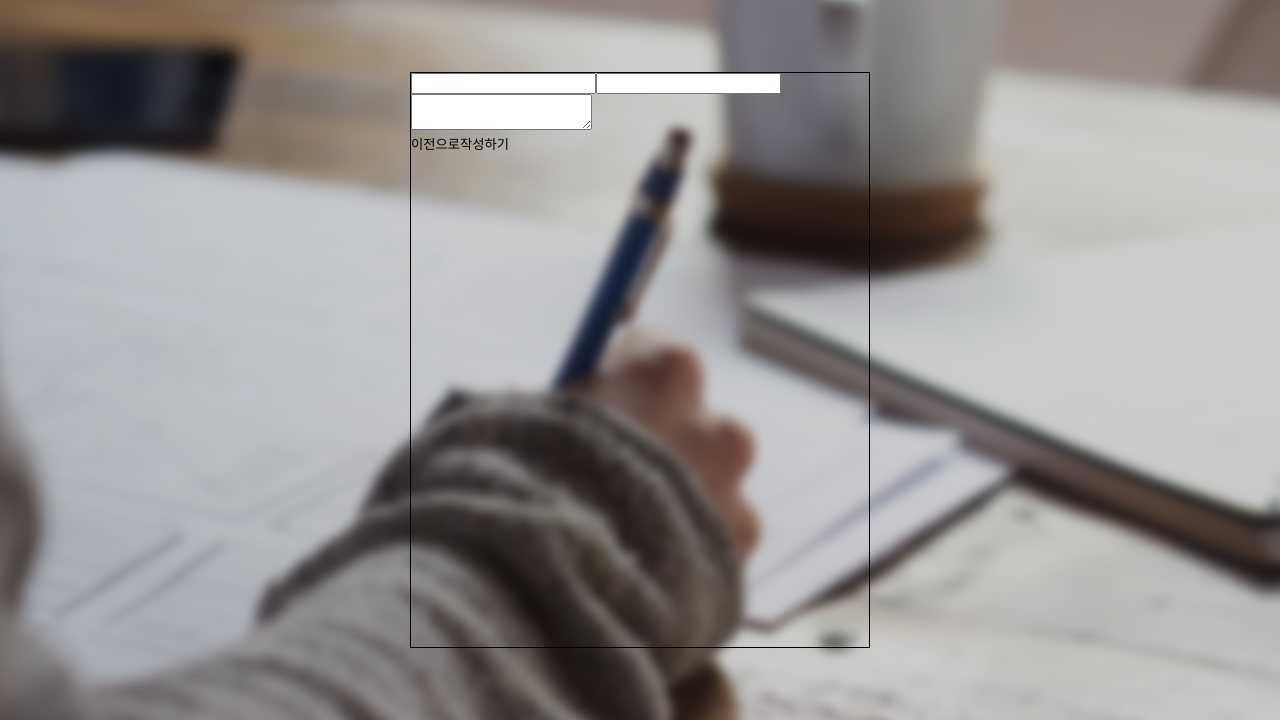
Repository: SeungYn/poje-frontend
Page: /portfolio/make
The author's editor kept a copy of each file at every save. The page is drawn from the files as they stood at one save, then again after the next save.
The browser window is 1280 px wide. The pictures show the whole page.
The project was rebuilt for these pictures with package versions that can differ from the ones it lists, and the page was loaded fresh each time. Also part of the build but not shown: craco.config.js, src/components/auth/styledComponets.ts, src/components/auth/AuthLoginForm.tsx, src/components/auth/AuthSideBanner.tsx, src/components/auth/AuthSignUpForm.tsx, src/components/auth/AuthFormTemplate.tsx, src/components/auth/Login.tsx, src/components/auth/SignUp.tsx and 16 more.

Above is the page before, as saved 2023-01-16 22:05:00.

After the next save:
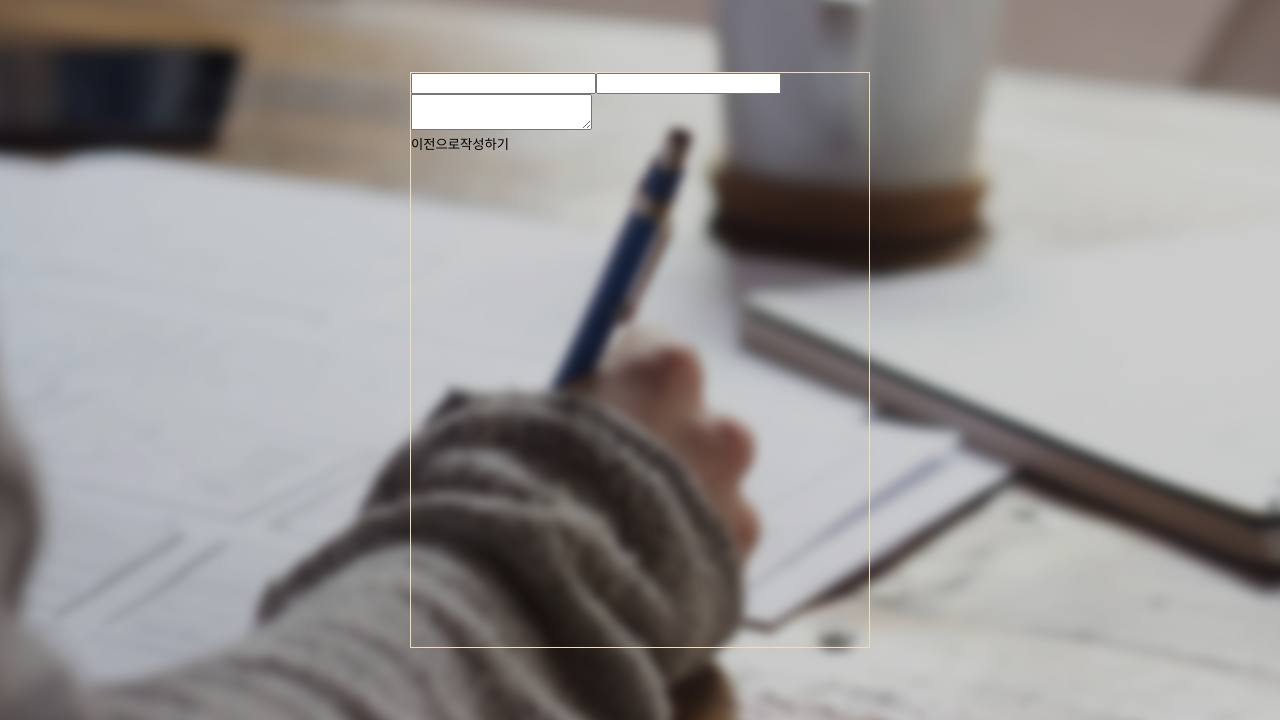
Saved 57 s later.
--- a/src/pages/portfolio/PortfolioMakePage.tsx
+++ b/src/pages/portfolio/PortfolioMakePage.tsx
@@ -51,5 +51,5 @@ const MakeFormContainer = styled.div`
 const MakeForm = styled.form`
   height: 100%;
   width: 100%;
-  border: 1px solid black;
+  border: 1px solid ${(props) => props.theme.mainColor};
 `;
